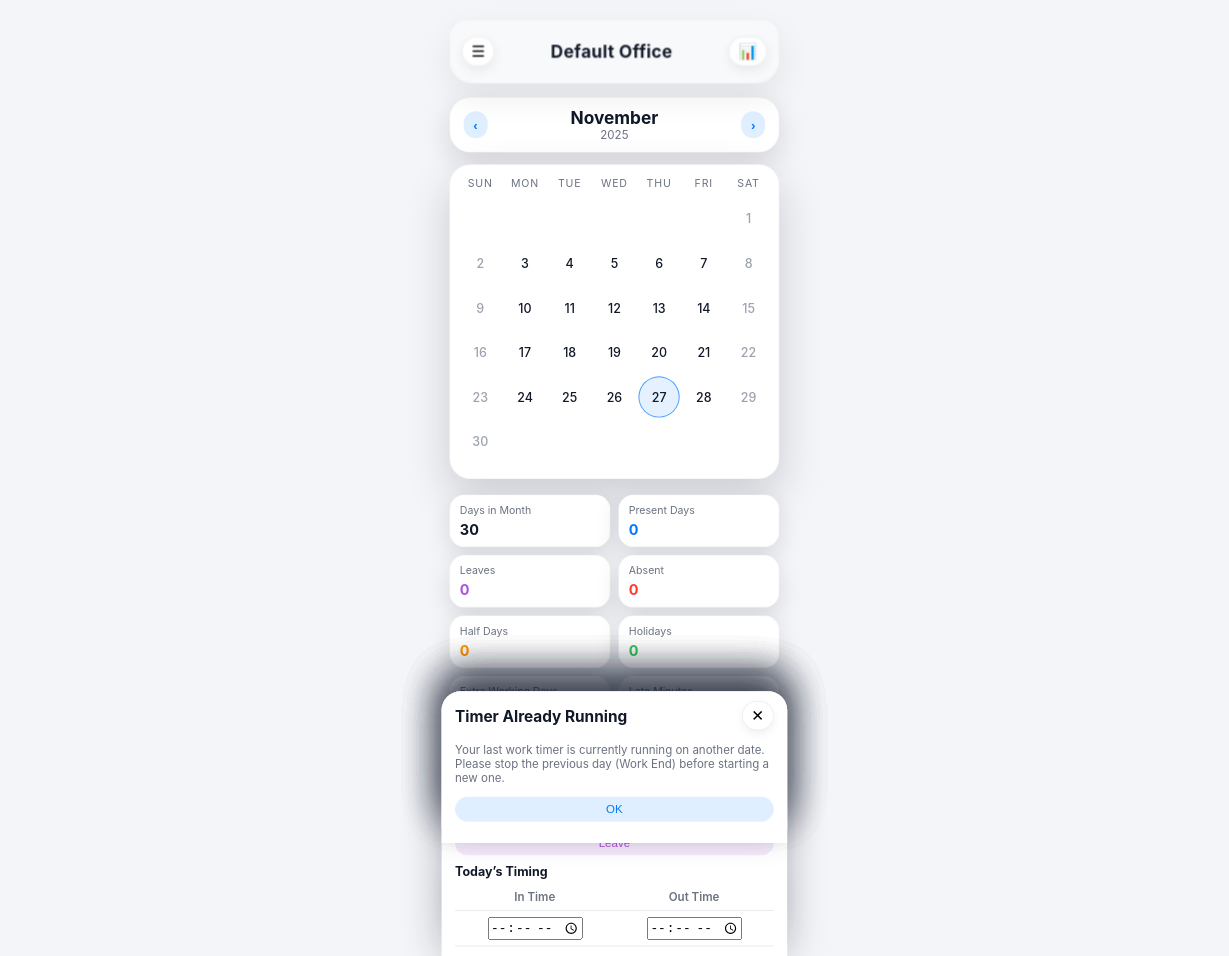
Repository: manjituidesigner/new-calendar
Page: index.html
These files come from the project's save history. The page is drawn as it stood at one moment and after the next save; the edit follows.
The browser window is 1280 px wide. The pictures show the whole page, at 96% of full size.

Above is the page before, as saved 2025-11-27 16:41:12.

After the next save:
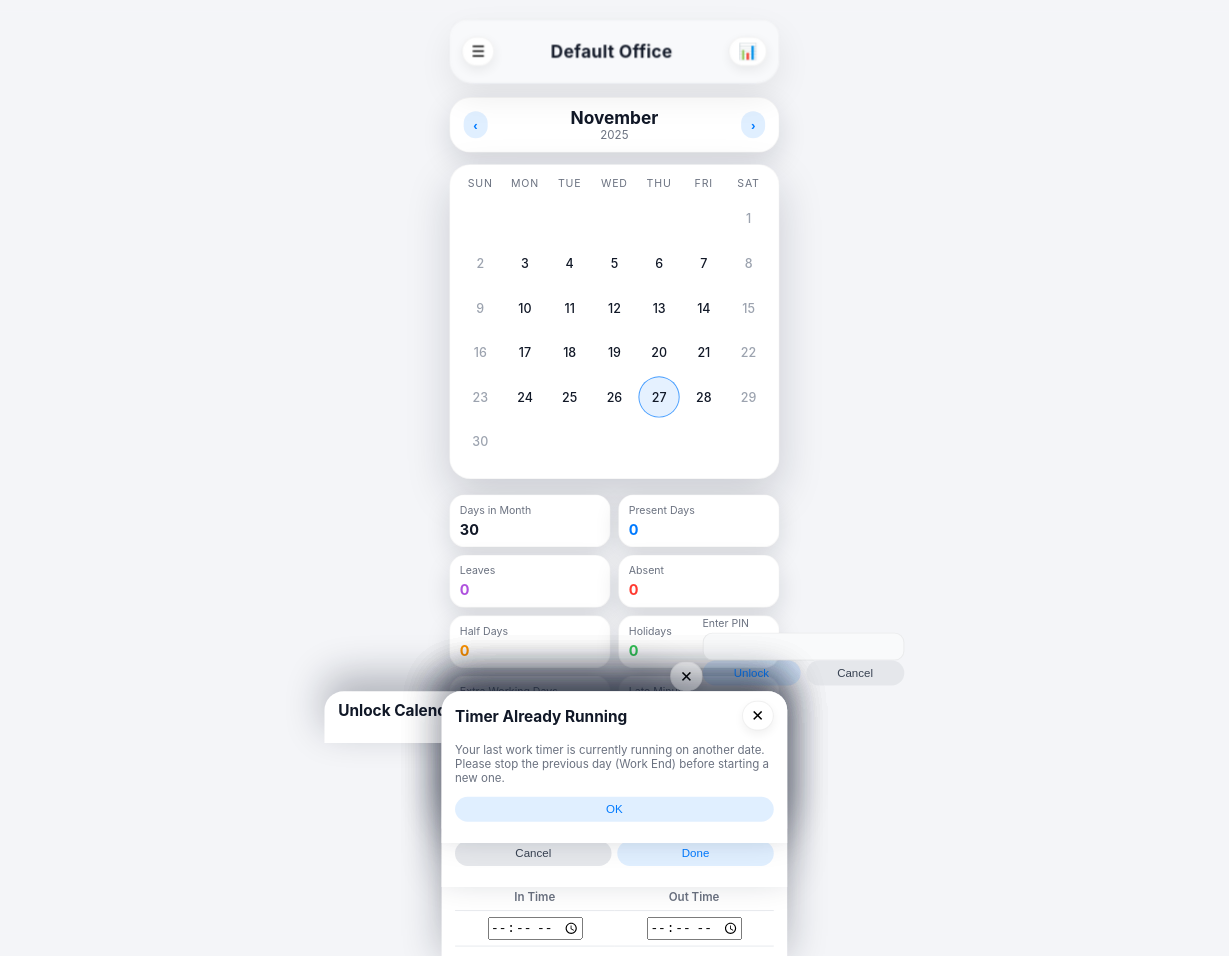
Saved 2 min 53 s later.
--- a/index.html
+++ b/index.html
@@ -336,6 +336,14 @@
             You are going on a break. When you return, tap “Back to work”
             in the bar to resume.
           </p>
+          <div class="field">
+            <label>Break reason (optional)</label>
+            <textarea
+              id="breakReasonInput"
+              rows="2"
+              placeholder="e.g. Lunch, Meeting, Personal"
+            ></textarea>
+          </div>
           <div class="chip-row">
             <button class="chip secondary" id="breakCancelBtn">Cancel</button>
             <button class="chip primary" id="breakDoneBtn">Done</button>
@@ -348,7 +356,6 @@
     <div class="modal" id="pinModal">
       <div class="modal-content">
         <header class="modal-header">
-          <div>
             <div class="modal-title">Unlock Calendar</div>
             <div class="modal-subtitle" id="pinCalendarName"></div>
           </div>
